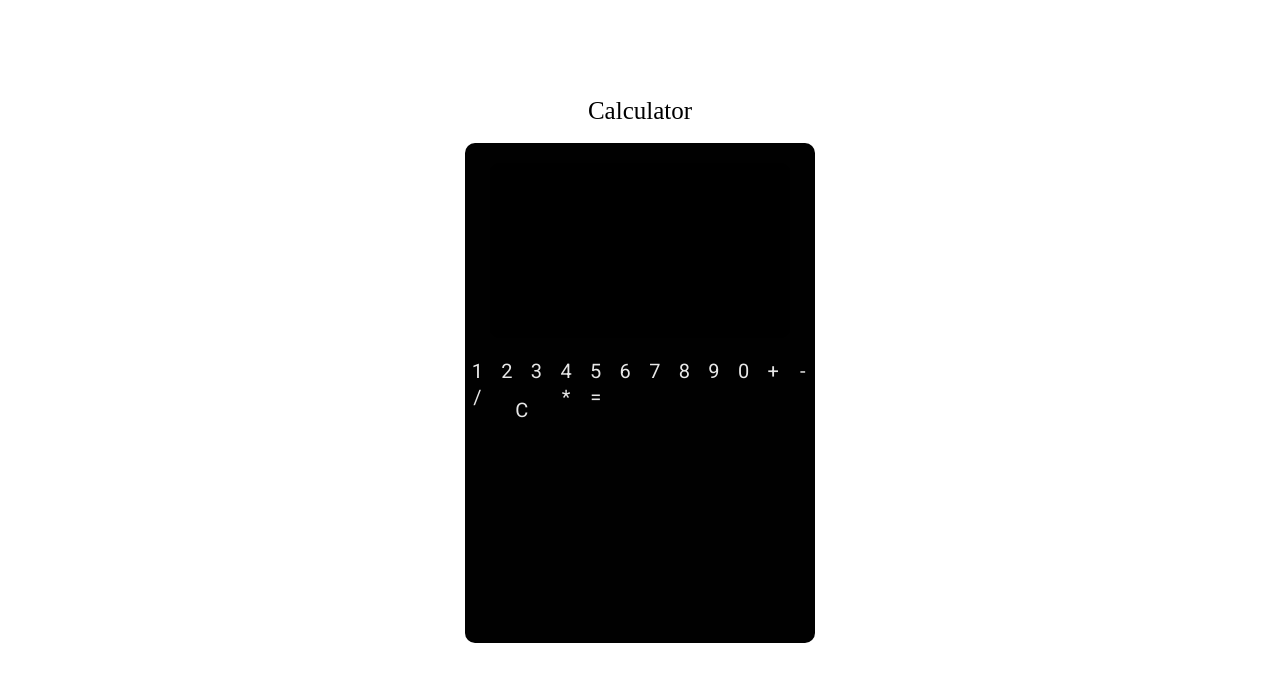
Repository: Gibon9/SimpleCalc
Page: index.html
The author's editor kept a copy of each file at every save. The page is drawn from the files as they stood at one save, then again after a run of saves.
The browser window is 1280 px wide. The pictures show the whole page.
Some web fonts or font styles are not loaded; a fallback is used.

Above is the page before, as saved 2020-11-27 18:55:11.

### index.html
<!DOCTYPE html>
<html lang="en">
  <head>
    <meta charset="UTF-8" />
    <meta name="viewport" content="width=device-width, initial-scale=1.0" />
    <link rel="stylesheet" href="style/reset.css" />
    <link rel="stylesheet" href="style/style.css" />
    <title>Calculator</title>
  </head>

  <body>
    <main class="main">
      <h1 class="title">Calculator</h1>
      <section class="clac">
        <div class="calc-display" id="display"></div>
        <section class="keyboard" id="keyboard">
          <button class="calc-button c-btn" id="clear">C</button>
          <button class="calc-button" id="btn1">1</button>
          <button class="calc-button" id="btn2">2</button>
          <button class="calc-button" id="btn3">3</button>
          <button class="calc-button" id="btn4">4</button>
          <button class="calc-button" id="btn5">5</button>
          <button class="calc-button" id="btn6">6</button>
          <button class="calc-button" id="btn7">7</button>
          <button class="calc-button" id="btn8">8</button>
          <button class="calc-button" id="btn9">9</button>
          <button class="calc-button" id="btn0">0</button>
          <button class="calc-button" id="plus">+</button>
          <button class="calc-button" id="minus">-</button>
          <button class="calc-button" id="divide">/</button>
          <button class="calc-button" id="multiply">*</button>
          <button class="calc-button" id="equal">=</button>
        </section>
      </section>
    </main>
    <script src="./index.js"></script>
  </body>
</html>

### style/style.css
@import url("https://fonts.googleapis.com/css2?family=Roboto&family=Saira+Stencil+One&display=swap");

:root {
  --background-color: #010101;
  --display-color: black;
  --primary-btn-color: ##a5a5a5;
  --secondary-color: #333333;
  --secondary-btn-color: #fd9624;
  --text-color: #e7e7e7;
}

.calc-display,
.title {
  font-family: "Saira Stencil One", cursive;
}

.calc-button {
  font-family: "Roboto", sans-serif;
}

.main {
  display: flex;
  flex-direction: column;
  justify-content: center;
  align-items: center;
  width: 100vw;
  height: 100vh;
}

.title {
  font-size: 25px;
  margin: 20px 0;
}

.clac {
  width: 350px;
  height: 500px;
  background-color: var(--background-color);
  border-radius: 10px;
}

.calc-display {
  margin: 20px auto;
  width: 300px;
  height: 35%;
  background-color: var(--display-color);
  color: var(--primary-color);
  border-radius: 10px;
  font-size: 40px;
}

.keyboard {
  display: grid;
  grid-template-columns: repeat(12, 1fr);
  grid-template-rows: repeat(12, 1fr);
  column-gap: 5px;
}

.calc-button {
  font-size: 20px;
  color: var(--text-color);
  background-color: var(--primary-btn-color);
  border-radius: 50%;
  border: none;
}

.c-btn {
  grid-column: 2/4;
  grid-row: 2/4;
}

Loaded but not shown: style/reset.css (common file); index.js (no copy from this time; the picture is the same without it)

After the next 2 saves:
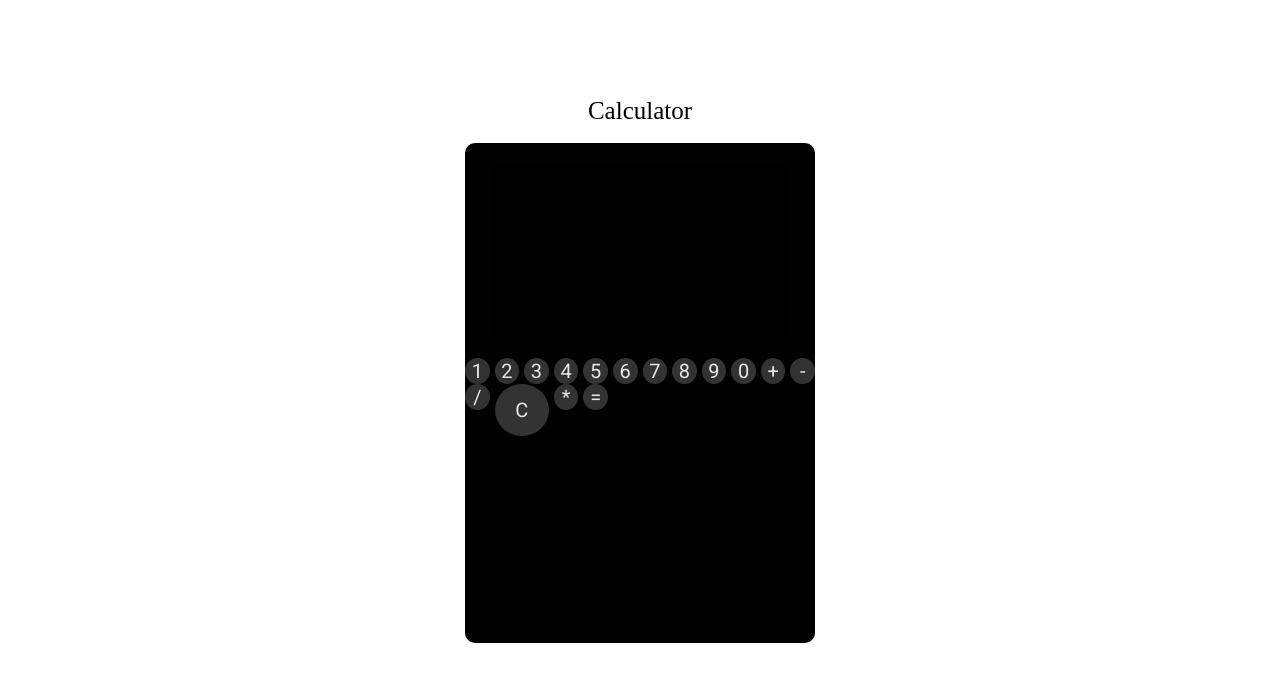
The 2 saves are shown as one change because they came seconds apart.
The last was saved 109 s later.
--- a/style/style.css
+++ b/style/style.css
@@ -59,7 +59,7 @@
 .calc-button {
   font-size: 20px;
   color: var(--text-color);
-  background-color: var(--primary-btn-color);
+  background-color: var(--secondary-color);
   border-radius: 50%;
   border: none;
 }
